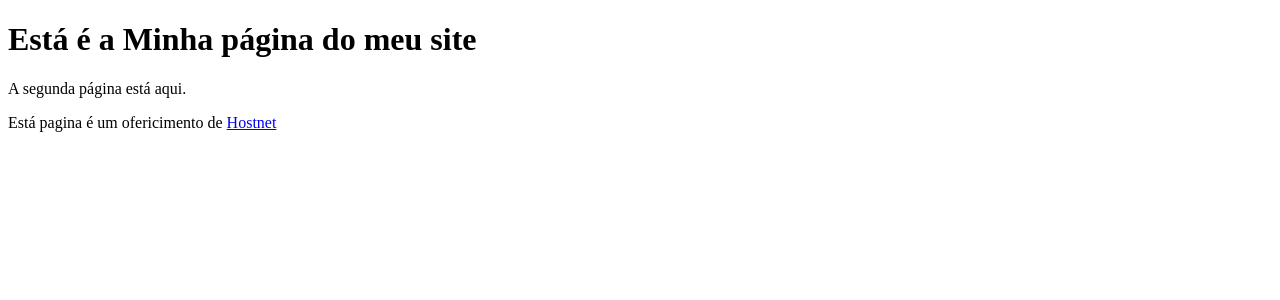
Repository: Guillermomarcon/exercicios
Page: ex0010/index2.html
An editor plug-in stored every save of this project. The page is shown before and after the next save, followed by the edit.
The browser window is 1280 px wide. The pictures show the whole page.

Above is the page before, as saved 2020-12-14 00:10:11.

### ex0010/index2.html
<!DOCTYPE html>
<html lang="pt-br">
<head>
    <meta charset="UTF-8">
    <meta name="viewport" content="width=device-width, initial-scale=1.0">
    <title>Pagina 02</title>
</head>
<body>
    <h1>Está é a Minha página do meu site</h1>
    <p>A segunda página está aqui.</p>
    <p>Está pagina é um ofericimento de <a href="https://www.hostnet.com.br/" target="_blank" rel="external">Hostnet</a></p>
    <p><a href="index.html"></a></p>

</body>
</html>

After the next save:
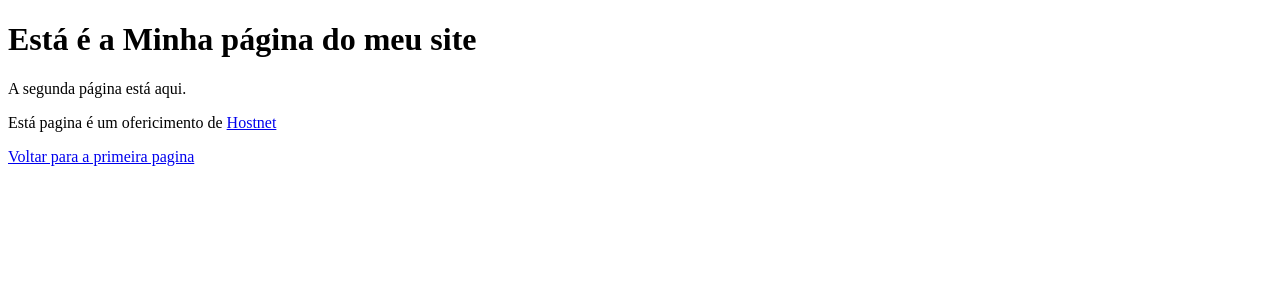
Saved 17 s later.
--- a/ex0010/index2.html
+++ b/ex0010/index2.html
@@ -9,7 +9,7 @@
     <h1>Está é a Minha página do meu site</h1>
     <p>A segunda página está aqui.</p>
     <p>Está pagina é um ofericimento de <a href="https://www.hostnet.com.br/" target="_blank" rel="external">Hostnet</a></p>
-    <p><a href="index.html"></a></p>
+    <p><a href="index.html">Voltar para a primeira pagina</a></p>
 
 </body>
 </html>
